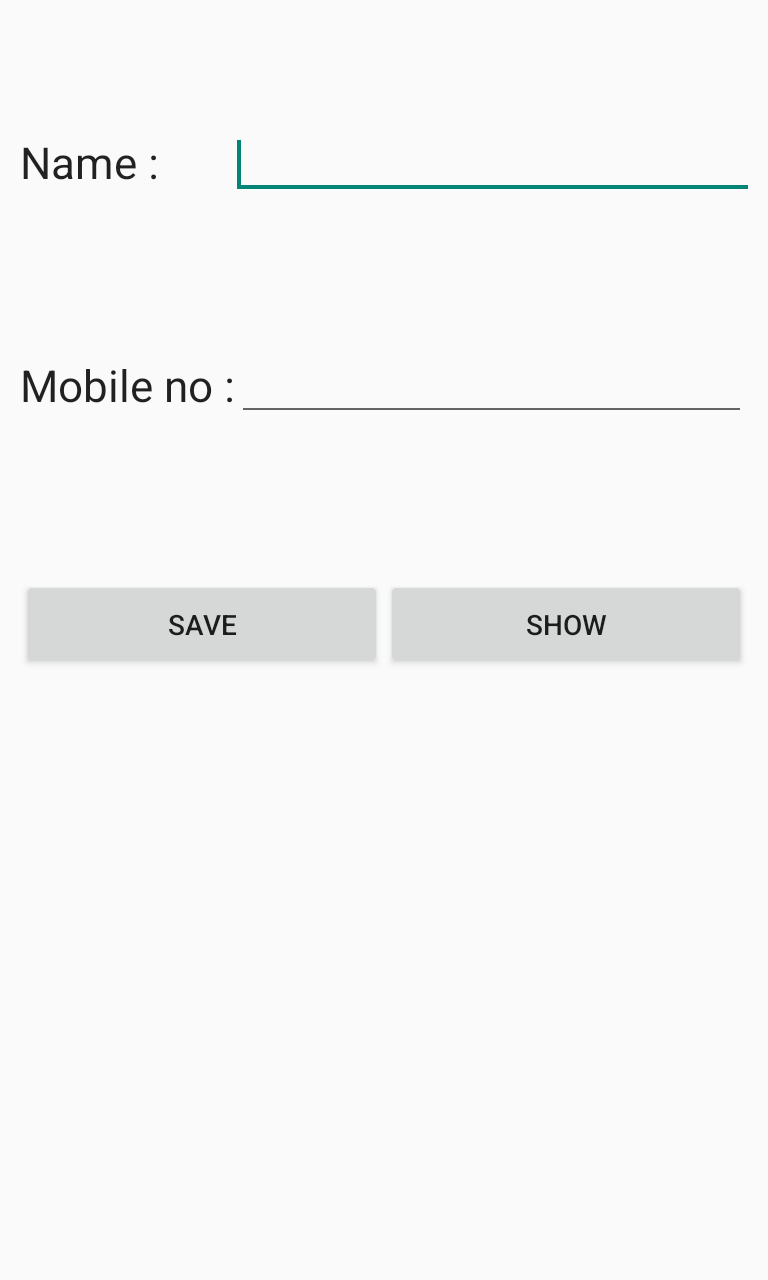
Repository: rajeshmule/Android-Data-Storage-Option
Layout: SharedPreference/res/layout/activity_main.xml
These files come from the project's save history. The layout is drawn as it stood at one moment and after the next save; the edit follows.
It is drawn on a 768 x 1280 px phone screen (xhdpi) without system bars, with theme AppTheme; the app's code is not run.

Above is the layout before, as saved 2014-08-22 19:18:44.

### SharedPreference/res/layout/activity_main.xml
<LinearLayout xmlns:android="http://schemas.android.com/apk/res/android"
    xmlns:tools="http://schemas.android.com/tools"
    android:id="@+id/container"
    android:layout_width="match_parent"
    android:layout_height="match_parent"
    android:orientation="vertical"
    tools:context="com.rajesh.sharedpreference.MainActivity"
    tools:ignore="MergeRootFrame" >

    <LinearLayout
        android:layout_width="match_parent"
        android:layout_height="wrap_content"
        android:layout_marginBottom="35dp"
        android:layout_marginLeft="10dp"
        android:layout_marginRight="10dp"
        android:layout_marginTop="60dp"
        android:orientation="horizontal" >

        <TextView
            android:id="@+id/textView1"
            android:layout_width="0dp"
            android:layout_height="wrap_content"
            android:layout_weight="1"
            android:text="@string/name_fix"
            android:textAppearance="?android:attr/textAppearanceLarge" />

        <EditText
            android:id="@+id/editText1"
            android:layout_width="match_parent"
            android:layout_height="wrap_content"
            android:layout_marginLeft="35dp"
            android:ems="10"
            android:inputType="textPersonName" >

            <requestFocus />
        </EditText>
    </LinearLayout>

    <LinearLayout
        android:layout_width="match_parent"
        android:layout_height="wrap_content"
        android:layout_marginBottom="35dp"
        android:layout_marginLeft="10dp"
        android:layout_marginRight="10dp"
        android:layout_marginTop="35dp" >

        <TextView
            android:id="@+id/textView2"
            android:layout_width="wrap_content"
            android:layout_height="wrap_content"
            android:text="@string/Mobile_no_fix"
            android:textAppearance="?android:attr/textAppearanceLarge" />

        <EditText
            android:id="@+id/editText2"
            android:layout_width="0dp"
            android:layout_height="wrap_content"
            android:layout_weight="1"
            android:ems="10"
            android:inputType="number" />
    </LinearLayout>

    <LinearLayout
        android:layout_width="match_parent"
        android:layout_height="wrap_content"
        android:layout_marginLeft="10dp"
        android:layout_marginRight="10dp"
        android:layout_marginTop="40dp" >

        <Button
            android:id="@+id/button1"
            android:layout_width="0dp"
            android:layout_height="wrap_content"
            android:layout_weight="1"
            android:text="@string/Save_fix"
            android:onClick="save" />

        <Button
            android:id="@+id/button2"
            android:layout_width="0dp"
            android:layout_height="wrap_content"
            android:layout_weight="1"
            android:text="@string/View_fix"
            android:onClick="show" />
    </LinearLayout>

</LinearLayout>

### SharedPreference/res/values/strings.xml
<?xml version="1.0" encoding="utf-8"?>
<resources>

    <string name="app_name">Shared Preference</string>
    <string name="hello_world">Hello world!</string>
    <string name="action_settings">Settings</string>
    <string name="title_activity_main2">Main2Activity</string>
    <string name="name_fix">Name :</string>
    <string name="Mobile_no_fix">Mobile no :</string>
    <string name="Save_fix">Save</string>
    <string name="View_fix">Show</string>
    <string name="Show_fix">Show</string>
    <string name="Back_fix">Back</string>

</resources>

Loaded but not shown: SharedPreference/res/values/styles.xml (common file); SharedPreference/res/values-v11/styles.xml (common file); SharedPreference/res/values-v14/styles.xml (common file)

After the next save:
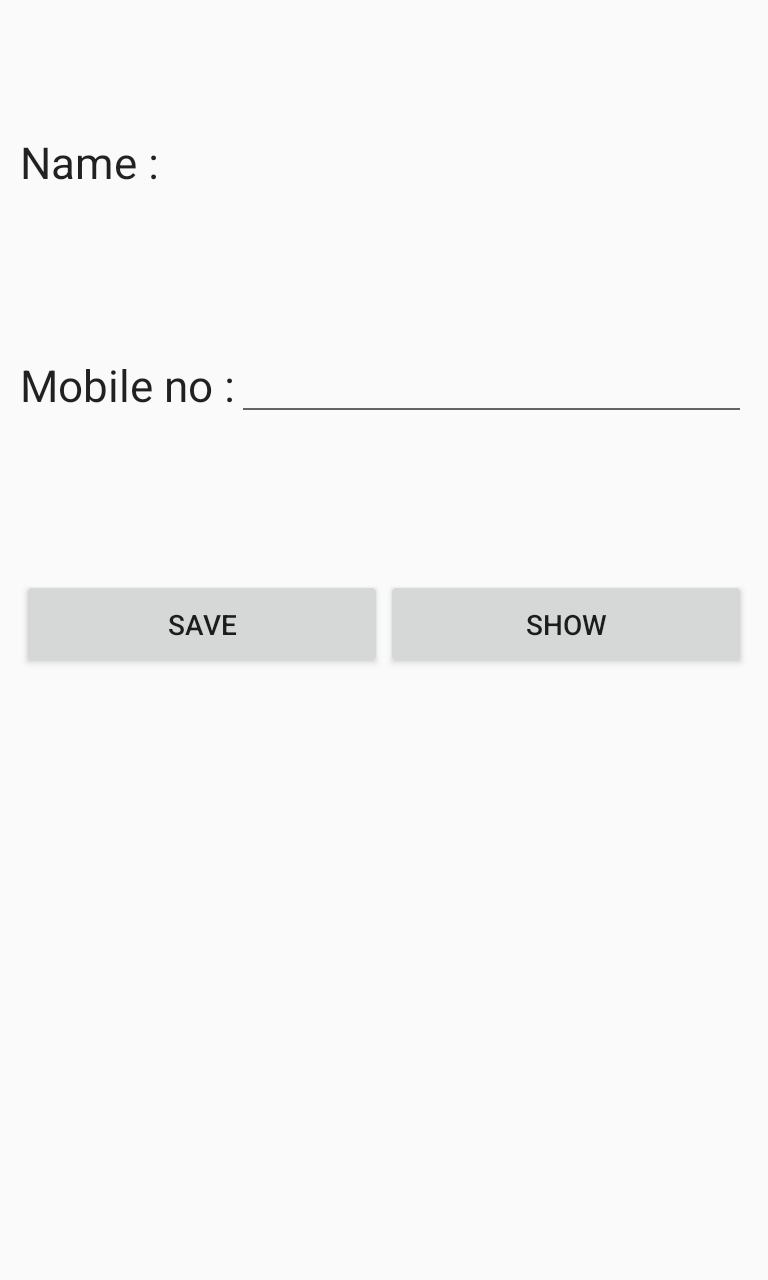
Saved 96 s later.
--- a/SharedPreference/res/layout/activity_main.xml
+++ b/SharedPreference/res/layout/activity_main.xml
@@ -26,11 +26,9 @@
 
         <EditText
             android:id="@+id/editText1"
-            android:layout_width="match_parent"
+            android:layout_width="0dp"
             android:layout_height="wrap_content"
-            android:layout_marginLeft="35dp"
-            android:ems="10"
-            android:inputType="textPersonName" >
+            android:layout_marginLeft="35dp" >
 
             <requestFocus />
         </EditText>
